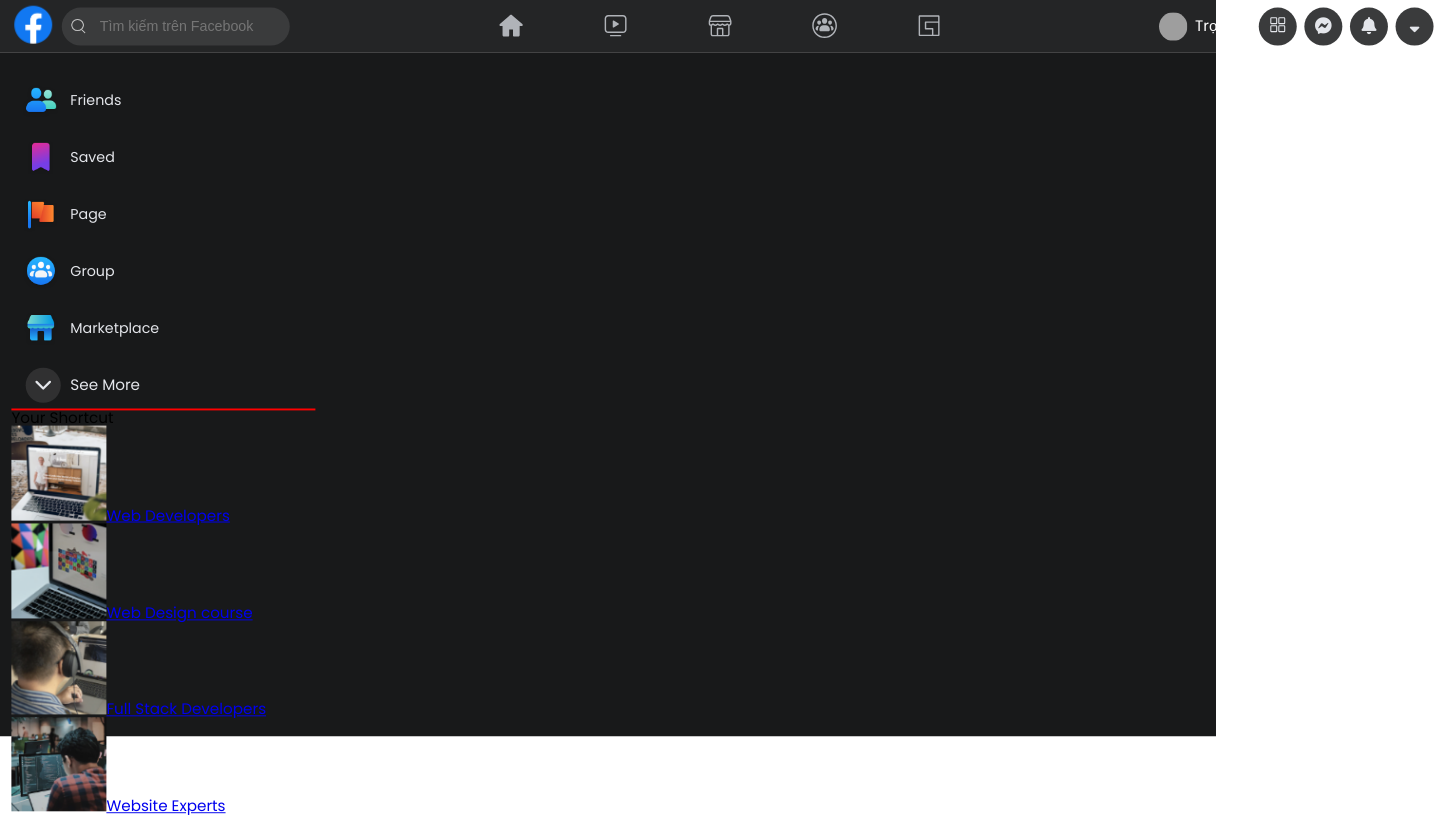
Repository: vanntrong/facebook-clone
Page: index.html
An editor plug-in stored every save of this project. The page is shown before and after the next save, followed by the edit.
The browser window is 1280 px wide. The page is 1517 px wide, so the pictures cover 1517 px, including what lies to the right of the window. The pictures show the whole page, at 95% of full size.
Pictures or frames that could not be fetched are drawn as grey boxes.

Above is the page before, as saved 2021-09-08 19:03:20.

After the next save:
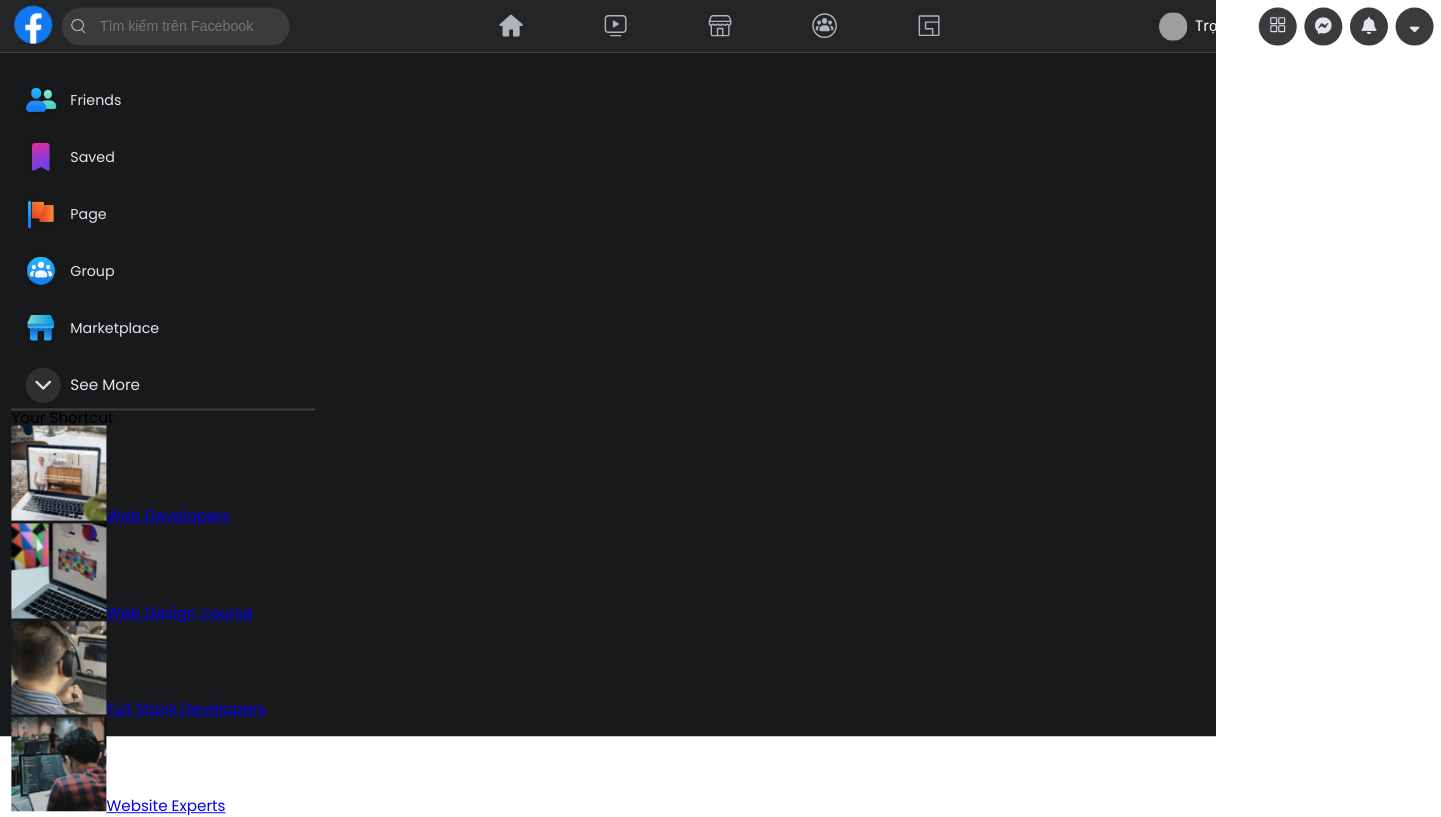
Saved 70 s later.
--- a/assets/css/style.css
+++ b/assets/css/style.css
@@ -174,7 +174,7 @@
 .imp-links {
   display: flex;
   flex-direction: column;
-  border-bottom: 2px solid red;
+  border-bottom: 2px solid #3e4042;
 }
 
 .imp-links-link {
